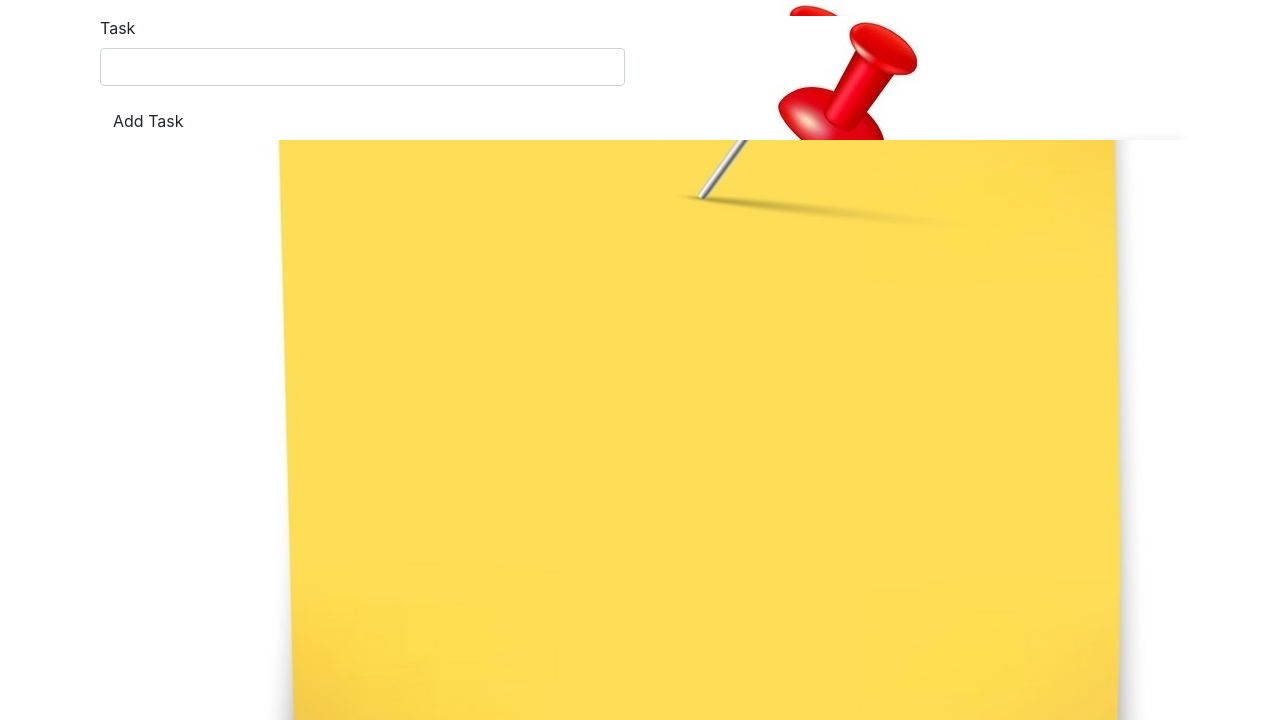
Repository: walaaElbasha/Todo-list-laravel
Page: http://localhost/tasks
An editor plug-in stored every save of this project. The page is shown before and after the next save, followed by the edit.
The browser window is 1280 px wide. The pictures show the whole page.
The page is served by the project's Laravel application, run on PHP 8.4 with Laravel 8. Other server files are loaded and not shown. Style sheets and scripts are compiled from the project's sources, by tool versions that may differ from the author's. Queries for data that is not in the repository find no rows.

Above is the page before, as saved 2021-07-01 13:09:08.

### routes/web.php
<?php

use Illuminate\Support\Facades\Route;
use App\Http\Controllers\TaskController;
/*
|--------------------------------------------------------------------------
| Web Routes
|--------------------------------------------------------------------------
|
| Here is where you can register web routes for your application. These
| routes are loaded by the RouteServiceProvider within a group which
| contains the "web" middleware group. Now create something great!
|
*/

Route::get('/', function () {
    return view('welcome');
});

Route::get('/tasks', [TaskController::class, 'index'])->name('tasks.index');
Route::post('/tasks', [TaskController::class, 'store'])->name('tasks.store');
Route::get('/tasks/{task}/edit', [TaskController::class, 'edit'])->name('tasks.edit');
Route::put('/tasks/{task}', [TaskController::class, 'update'])->name('tasks.update');
Route::delete('/tasks/{task}', [TaskController::class, 'destroy'])->name('tasks.destroy');

### app/Http/Controllers/TaskController.php
<?php

namespace App\Http\Controllers;
use Illuminate\Http\Request;
use App\Http\Requests\TaskRequest;
use App\Models\Task;


class TaskController extends Controller

{

    public function index()
    {
        $allTasks = Task::all();

        return view('tasks.index', [
            'allTasks' => $allTasks
        ]);
    }

    public function edit($taskId)
    {
        $task = Task::find($taskId);
        return view('tasks.edit', [
            'task' => $task,
        ]);
    }
    public function update($taskId, TaskRequest $request)
    {


        // $requestData = $request->all();

        // $task = Task::find($taskId);
        // $task->update($requestData);
        // $task->save();

        $requestData = $request->all();
        $task = Task::find($taskId);
        $task->update($requestData);
        $task->save();
        return redirect()->route('tasks.index')->with('success', "TODO updated successfully!");
    }

    public function destroy($taskId)
    {

        $task = Task::findorfail($taskId);

        $task->delete();
        return redirect()->route('tasks.index');
    }



    public function store(TaskRequest $request)
    {

        // $requestData = $request->all();
        // Task::create($requestData);

        $task = new Task;
        $task->name = $request->name;
        $task->save();
        return redirect()->route('tasks.index');
    }

}

### resources/views/tasks/index.blade.php
@extends('layouts.app')

@section('content')

<!-- Bootstrap Boilerplate... -->

<div class="container" style="background-image: url('sticky.jpg')">
    <!-- Display Validation Errors -->

    @foreach($allTasks as $task)
    <tr>
        <th scope=" row">{{ $task->name}}</th>

    <td>

        <a href="{{ route('tasks.edit',['task' => $task['id']]) }}" class="btn btn-secondary" style="margin-bottom: 20px;">Edit</a>

        <form style="display:inline" method="POST" action="{{route('tasks.destroy',['task' => $task['id']])}}">
            @csrf
            @method('DELETE')
            <button onclick="return confirm('Are you sure?')" class="btn btn-danger" type="submit" style="margin-bottom: 20px;">Delete</button>
        </form>
    </td>
    </tr>
    <br>

    @endforeach
    <!-- New Task Form -->
    <form action="{{ route('tasks.store') }}" method="POST" class="form-horizontal">
        @csrf

        <!-- Task Name -->
        <div class="form-group">
            <label for="task" class="col-sm-3 control-label">Task</label>

            @if($errors->any())
            <div class="alert alert-danger">
                <ul>
                    @foreach ($errors->all() as $error)
                    <li>{{ $error }}</li>
                    @endforeach
                </ul>
            </div>
            @endif
            <div class="col-sm-6">
                <input type="text" name="name" id="name" class="form-control">
            </div>
        </div>

        <!-- Add Task Button -->
        <div class="form-group">
            <div class="col-sm-offset-3 col-sm-6">
                <button type="submit" class="btn btn-default">
                    <i class="fa fa-plus"></i> Add Task
                </button>
            </div>
        </div>
    </form>
</div>



<!-- TODO: Current Tasks -->
@endsection

### resources/views/layouts/app.blade.php
<!DOCTYPE html>
<html lang="en">

<head>
    <meta charset="utf-8">
    <meta name="viewport" content="width=device-width, initial-scale=1">

    <!-- CSRF Token -->
    <meta name="csrf-token" content="{{ csrf_token() }}">

    <title>{{ config('app.name', 'All Tasks') }}</title>

    <!-- Scripts -->
    <script src="{{ asset('js/app.js') }}" defer></script>

    <!-- Fonts -->
    <link rel="dns-prefetch" href="//fonts.gstatic.com">
    <link href="https://fonts.googleapis.com/css?family=Nunito" rel="stylesheet">

    <!-- Styles -->
    <link href="{{ asset('css/app.css') }}" rel="stylesheet">
    <link rel="stylesheet" href="https://cdn.jsdelivr.net/npm/bootstrap@4.6.0/dist/css/bootstrap.min.css" integrity="sha384-B0vP5xmATw1+K9KRQjQERJvTumQW0nPEzvF6L/Z6nronJ3oUOFUFpCjEUQouq2+l" crossorigin="anonymous">
    <link rel="stylesheet" href="path/to/font-awesome/css/font-awesome.min.css">
    <link rel="stylesheet" href="https://cdn.jsdelivr.net/npm/bootstrap-icons@1.5.0/font/bootstrap-icons.css">
</head>


<body style="background-image: url('sticky.jpg')  ; background-repeat: no-repeat;
  background-size: 1400px 950px;">
    <div class="container">
        <nav class="navbar navbar-default">
            <!-- Navbar Contents -->
        </nav>
    </div>

    @yield('content')

</body>

</html>

Loaded but not shown: app/Http/Controllers/Controller.php (common file); app/Models/Task.php (common file); resources/sass/app.scss (common file); resources/sass/_variables.scss (common file)

After the next save:
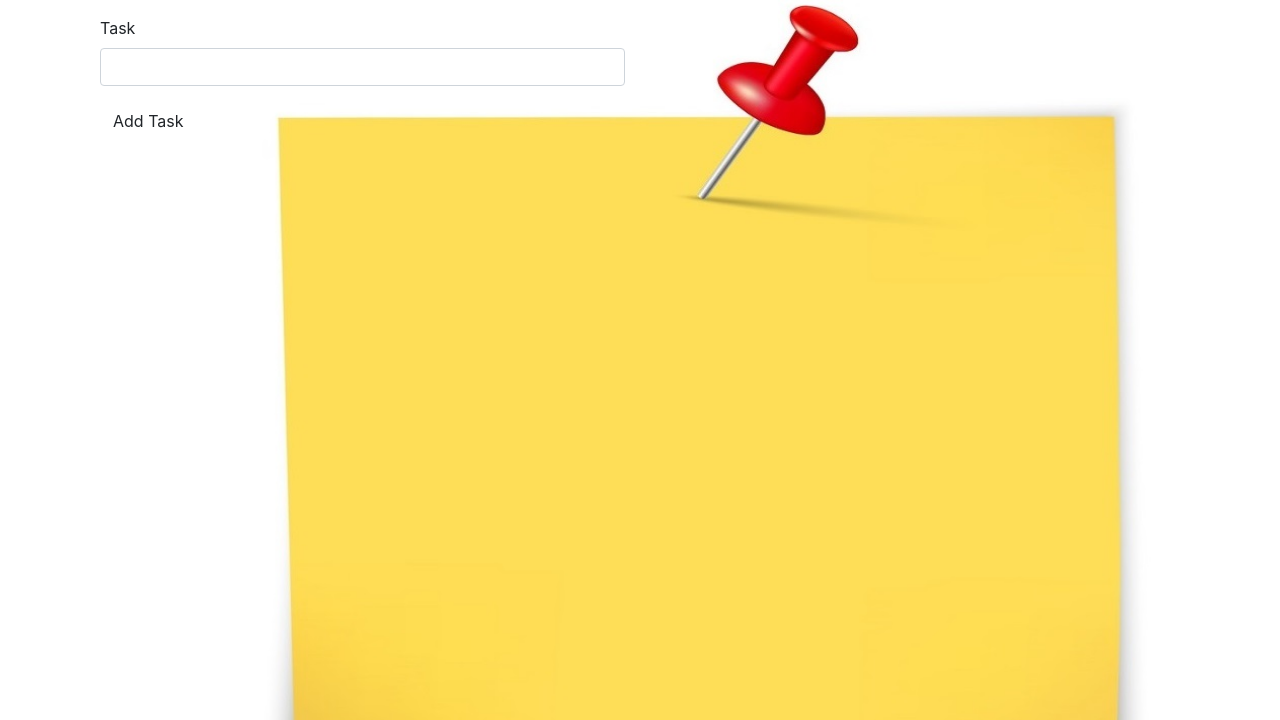
Saved 85 s later.
--- a/resources/views/tasks/index.blade.php
+++ b/resources/views/tasks/index.blade.php
@@ -4,7 +4,7 @@
 
 <!-- Bootstrap Boilerplate... -->
 
-<div class="container" style="background-image: url('sticky.jpg')">
+<div class="container" >
     <!-- Display Validation Errors -->
 
     @foreach($allTasks as $task)
